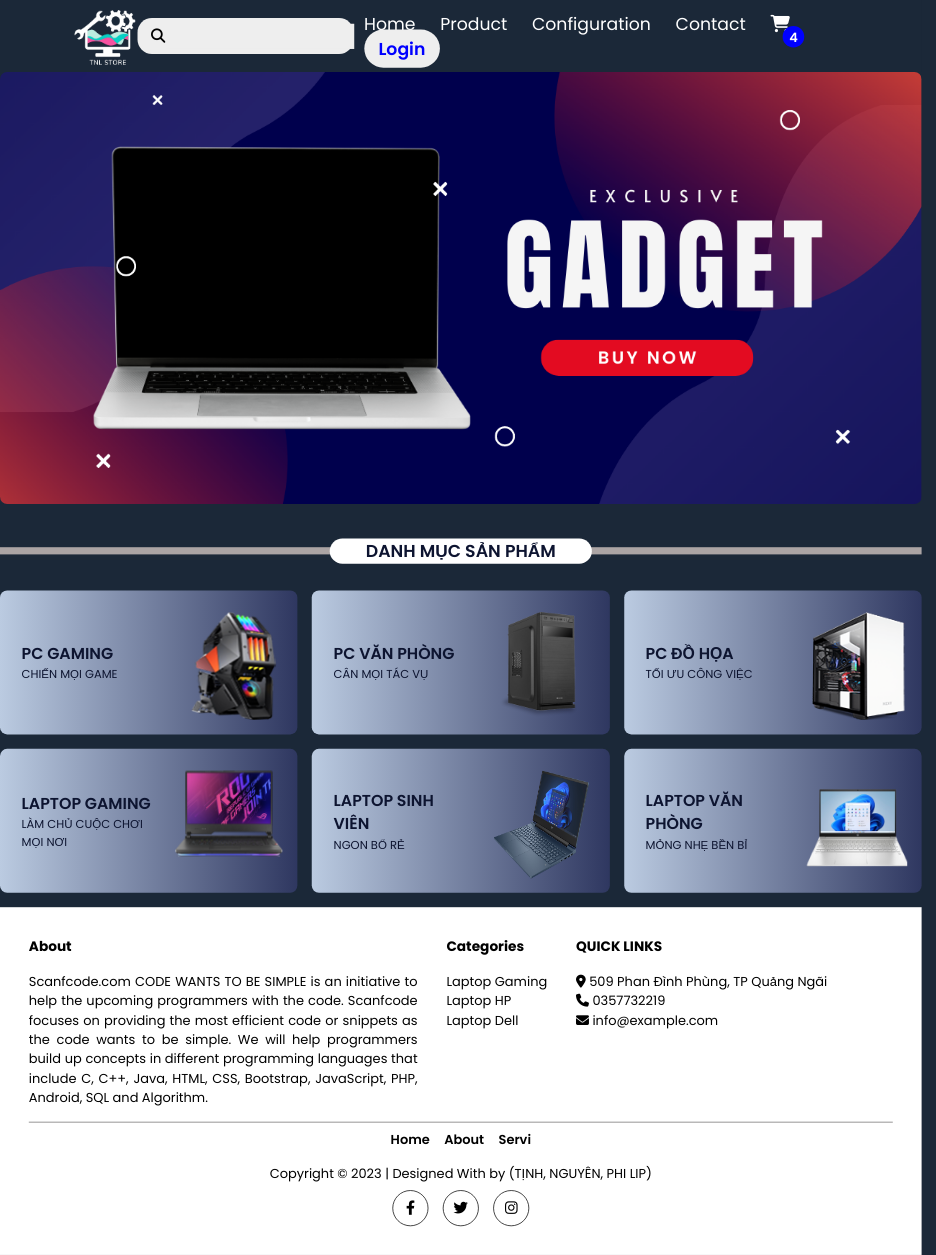
Repository: HPNChanel/DACS
Page: index.html
The author's editor kept a copy of each file at every save. The page is drawn from the files as they stood at one save, then again after the next save.
The browser window is 1280 px wide. The page is 1300 px wide, so the pictures cover 1300 px, including what lies to the right of the window. The pictures show the whole page, at 72% of full size.

Above is the page before, as saved 2023-04-13 19:31:58.

After the next save:
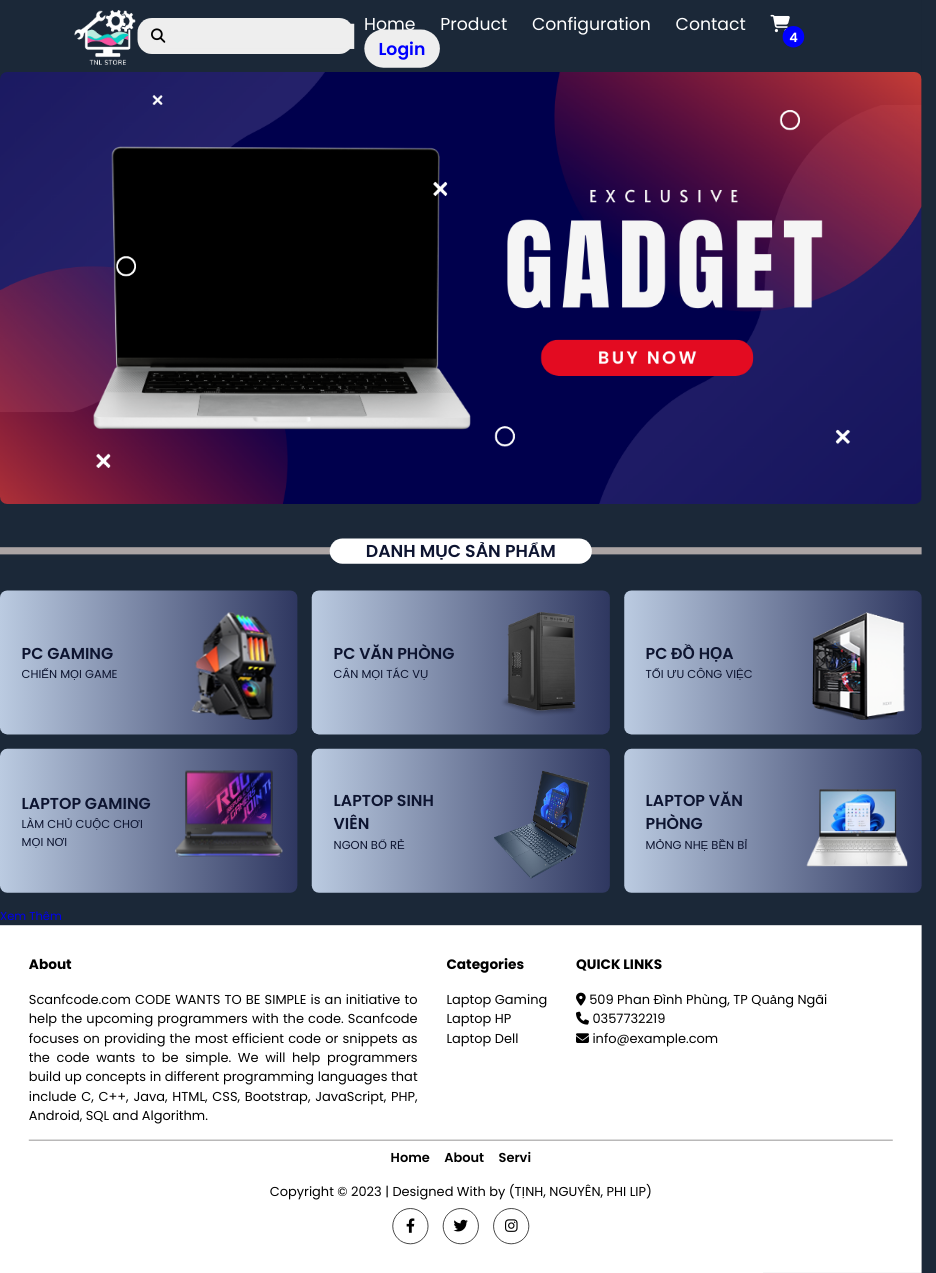
Saved 3 min 48 s later.
--- a/index.html
+++ b/index.html
@@ -129,6 +129,7 @@
                     </a>
                 </div>
             </div>
+            <a href="./product.html" class="next-product">Xem Thêm</a>
         </main>
         <!-- footer -->
         <footer id="footer">
